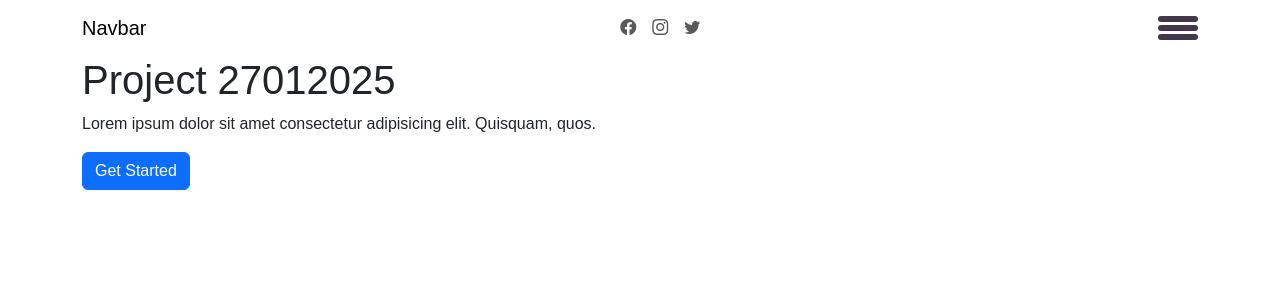
Repository: tagnam/project27012025
Page: index.html
An editor plug-in stored every save of this project. The page is shown before and after the next save, followed by the edit.
The browser window is 1280 px wide. The pictures show the whole page.

Above is the page before, as saved 2025-01-27 13:48:04.

After the next save:
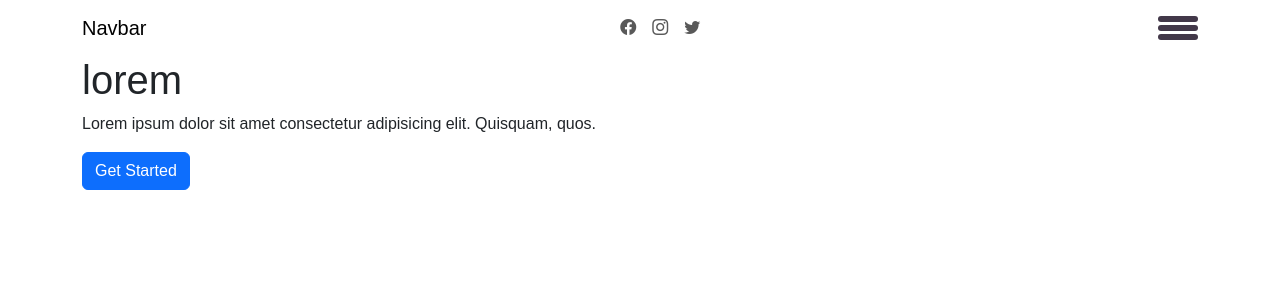
Saved 16 s later.
--- a/index.html
+++ b/index.html
@@ -46,7 +46,7 @@
         <div class="row">
             <div class="col-lg-6">
                 <div class="content">
-                    <h1>Project 27012025</h1>
+                    <h1>lorem</h1>
                     <p>Lorem ipsum dolor sit amet consectetur adipisicing elit. Quisquam, quos.</p>
                     <button class="btn btn-primary">Get Started</button>
                 </div>
